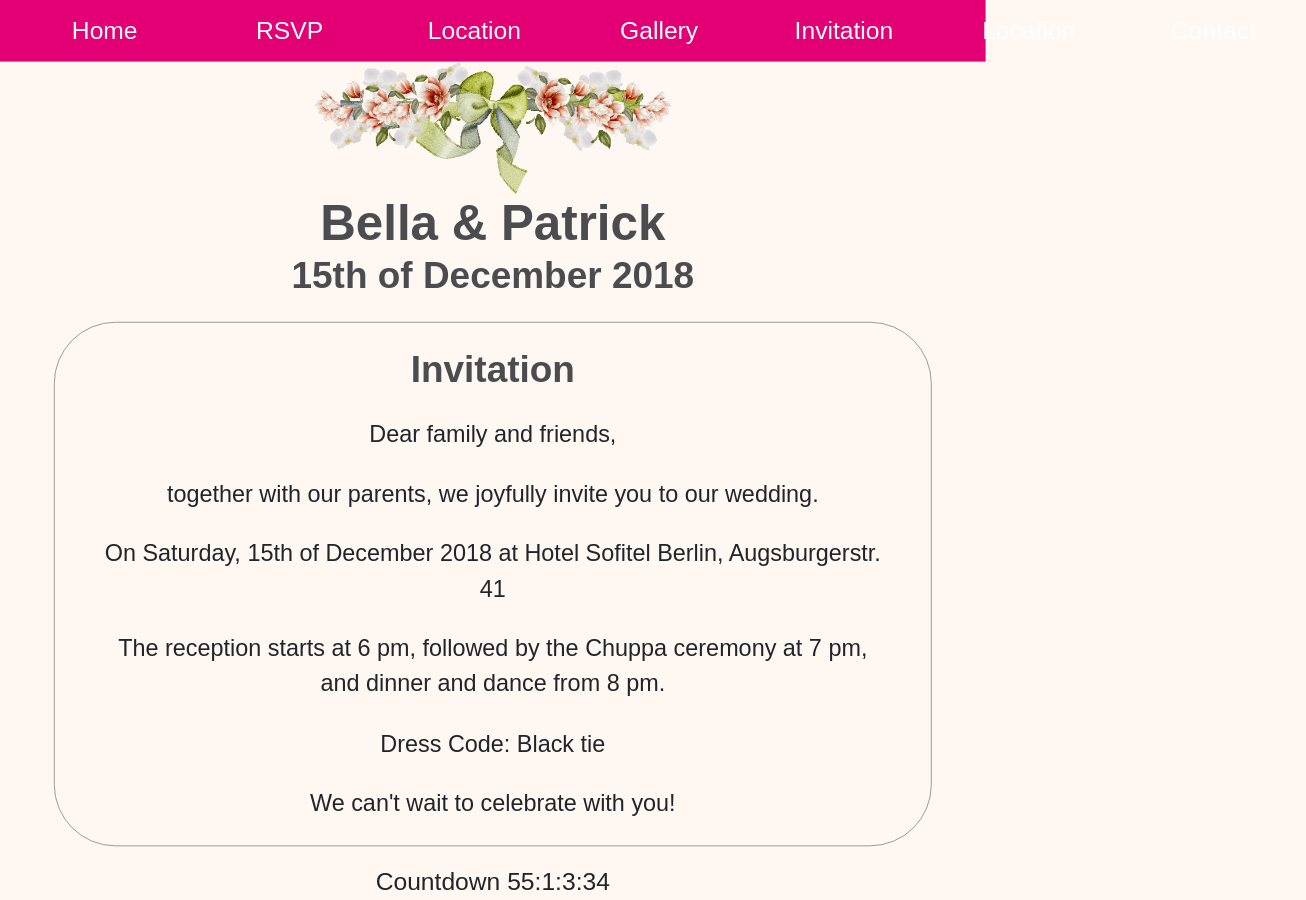
Repository: PMeiler/weddingApp
Page: http://localhost/invitation
The author's editor kept a record of every edit. The page is drawn from the files as they stood at one moment, then again after the next edit.
The browser window is 1280 px wide. The page is 1696 px wide, so the pictures cover 1696 px, including what lies to the right of the window. The pictures show the whole page, at 77% of full size.
Some web fonts or font styles are not loaded; a fallback is used. The page is served by the project's Node server (index.js).

Above is the page before.

After the next edit:
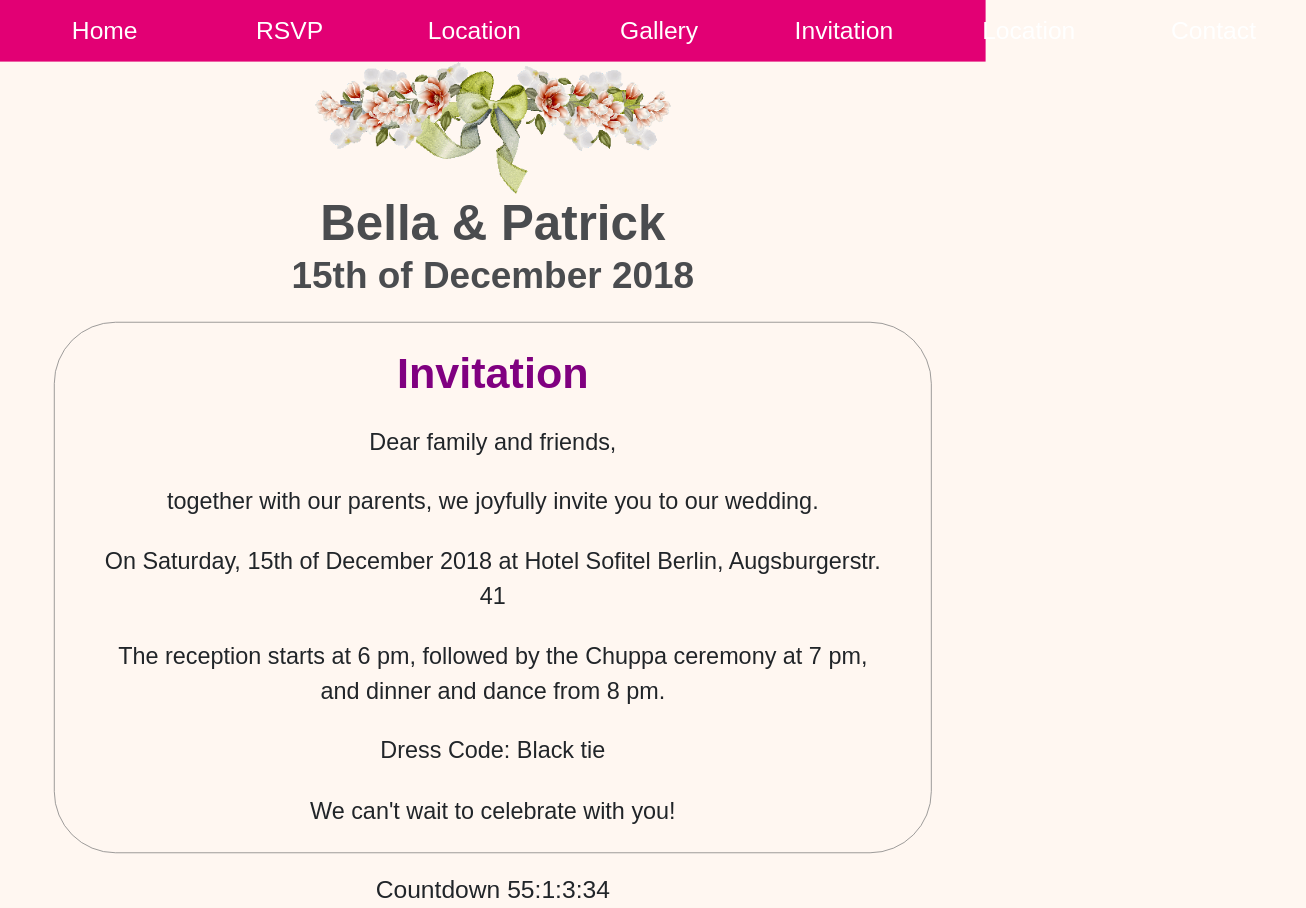
The edit:
--- a/views/public/invitation.ejs
+++ b/views/public/invitation.ejs
@@ -4,8 +4,8 @@
 
 
 
-	<div class="container" style="border: 1px solid grey;border-radius:5rem;margin-top:2rem;padding:0 4rem;">
-		<h1 class="display-4" id="titleLine" style="font-size:3rem;margin:2rem auto;">Invitation</h1>
+	<div class="container" style="border: 1.5px solid grey;border-radius:5rem;margin-top:2rem;padding:0 4rem;">
+		<h1 class="display-4" id="titleLine" style="font-size:3.5rem;margin:2rem auto;color:purple;">Invitation</h1>
 		<p class="lead" id="textail" style="font-size:1.9rem;margin-bottom:2rem;">
 			Dear family and friends,
 		</p>
